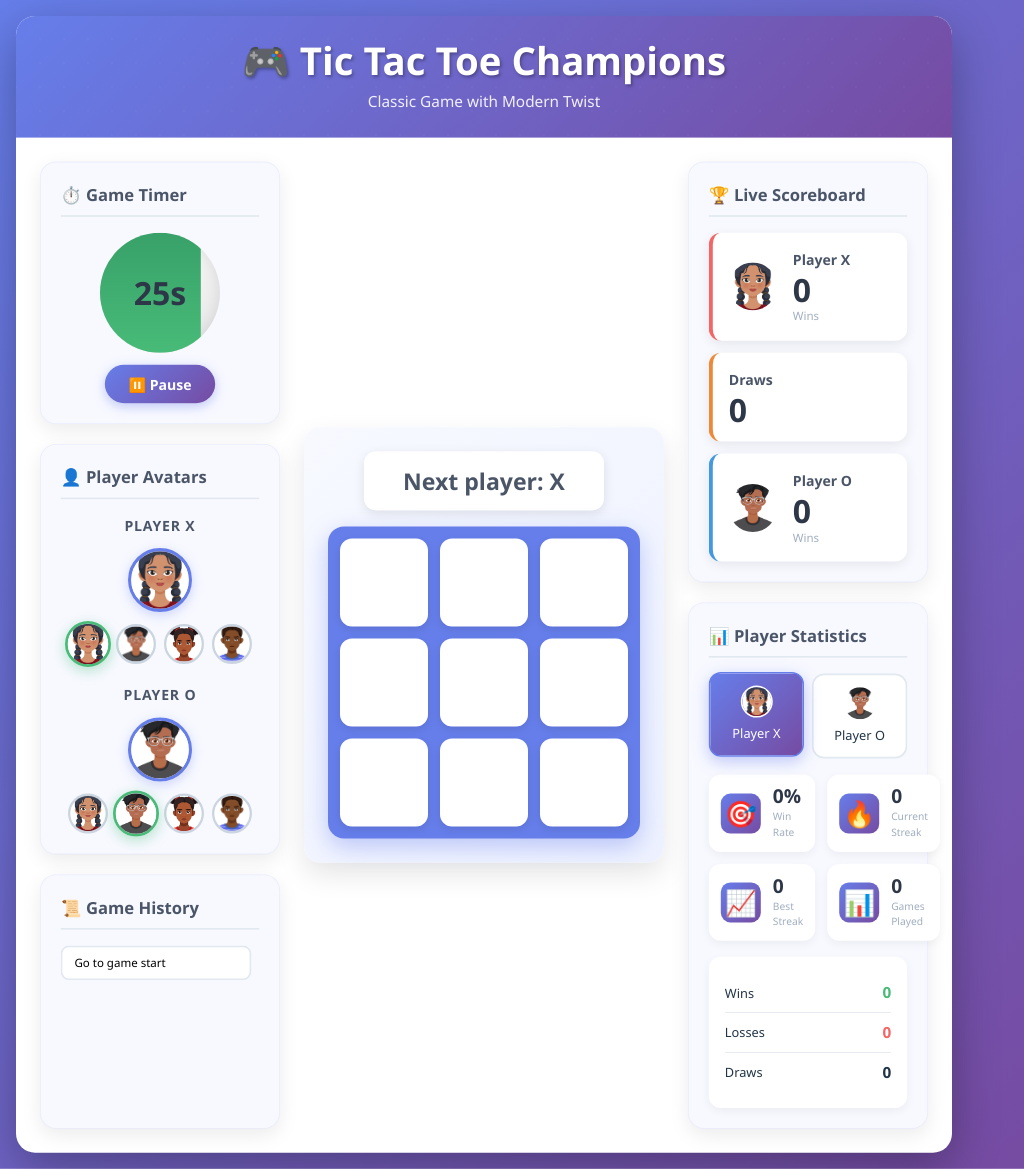
Repository: sofia123776/TIC-TAC-TOE
Page: /
These files come from the project's save history. The page is drawn as it stood at one moment and after the next save; the edit follows.
The browser window is 1280 px wide. The pictures show the whole page, at 80% of full size.
The project was rebuilt for these pictures with package versions that can differ from the ones it lists, and the page was loaded fresh each time. Also part of the build but not shown: vite.config.js.

Above is the page before, as saved 2025-12-01 16:10:40.

### src/index.css
:root {
  font-family: system-ui, Avenir, Helvetica, Arial, sans-serif;
  line-height: 1.5;
  font-weight: 400;

  color-scheme: light dark;
  color: rgba(255, 255, 255, 0.87);
  background-color: whitesmoke;

  font-synthesis: none;
  text-rendering: optimizeLegibility;
  -webkit-font-smoothing: antialiased;
  -moz-osx-font-smoothing: grayscale;
}

a {
  font-weight: 500;
  color: #646cff;
  text-decoration: inherit;
}
a:hover {
  color: #535bf2;
}

body {
  margin: 0;
  display: flex;
  place-items: center;
  min-width: 320px;
  min-height: 100vh;
}

h1 {
  font-size: 3.2em;
  line-height: 1.1;
}

button {
  border-radius: 1px;
  border:8px  solid transparent;
  padding: 0.6em 1.2em;
  font-size: 1em;
  font-weight: 500;
  font-family: inherit;
  background-color: #1a1a1a;
  cursor: pointer;
  transition: border-color 0.25s;
}
button:hover {
  border-color: #646cff;
}
button:focus,
button:focus-visible {
  outline: 4px auto -webkit-focus-ring-color;
}

@media (prefers-color-scheme: light) {
  :root {
    color: #213547;
    background-color: #ffffff;
  }
  a:hover {
    color: #747bff;
  }
  button {
    background-color: #f9f9f9;
  }
}

### src/App.jsx
import { useState, useEffect, useRef } from 'react'
import './App.css'

function Square({value, onSquareClick, highlight, avatars}){
  return(
   <button
      className={`square ${highlight ? "highlight" : ""}`}
      onClick={onSquareClick}
    >
      {value && (
        <img
          src={avatars[value]}
          alt={value}
          className="avatar-img"
        />
      )}
    </button>
  );
}

function Board({xIsNext, squares, onPlay, avatars}) {
  function Handleclick(i){
    if ( Calculatewinner(squares) || squares[i]) {
      return;
    }
    ClickSound.play();
    const nextSquares = squares.slice()
    if (xIsNext){
      nextSquares[i] = "X"
    }else{
      nextSquares[i] = "O"
    }
    onPlay(nextSquares);
  }

  const winner = Calculatewinner(squares);
  const winningLine = Calculatewinner(squares, true);
  const ClickSound = new Audio("/sounds/click.mp3.wav");
  const WinSound = new Audio("/sounds/win.mp3.wav");

  let status;
  if (winner) {
    status = "Winner: " + winner;
    WinSound.play();
  } else {
    status = "Next player: " + (xIsNext ? "X" : "O");
  }

  return (
    <div className="board-container">
      <div className={`status ${winner ? "winner" : ""}`}>{status}</div>
      <div className='board-grid'>
        <Square value={squares[0]} onSquareClick={() =>Handleclick(0)} highlight={winningLine?.includes(0)} avatars={avatars}/>
        <Square value={squares[1]} onSquareClick={() =>Handleclick(1)} highlight={winningLine?.includes(1)} avatars={avatars}/>
        <Square value={squares[2]} onSquareClick={() =>Handleclick(2)} highlight={winningLine?.includes(2)} avatars={avatars}/>
        <Square value={squares[3]} onSquareClick={() =>Handleclick(3)} highlight={winningLine?.includes(3)} avatars={avatars}/>
        <Square value={squares[4]} onSquareClick={() =>Handleclick(4)} highlight={winningLine?.includes(4)} avatars={avatars}/>
        <Square value={squares[5]} onSquareClick={() =>Handleclick(5)} highlight={winningLine?.includes(5)} avatars={avatars}/>
        <Square value={squares[6]} onSquareClick={() =>Handleclick(6)} highlight={winningLine?.includes(6)} avatars={avatars}/>
        <Square value={squares[7]} onSquareClick={() =>Handleclick(7)} highlight={winningLine?.includes(7)} avatars={avatars}/>
        <Square value={squares[8]} onSquareClick={() =>Handleclick(8)} highlight={winningLine?.includes(8)} avatars={avatars}/>
      </div>
    </div>
  );
}

export default function Game(){
  const [history, setHistory] = useState([Array(9).fill(null)]);
  const [currentMove, setCurrentMove] = useState(0);
  const xIsNext = currentMove % 2 === 0;
  const currentSquares = history[currentMove];

  const [score, setScore] = useState({
    X: 0,
    O: 0,
    Draws: 0
  });

  const [winnerPopup, setWinnerPopup] = useState(null);
  const [avatars, setAvatars] = useState({
    X: "/avatars/braidedwoman.jpg",
    O: "/avatars/manwithglasses.jpg"
  });

  // 🟦 PLAYER STATISTICS STATE
  const [playerStats, setPlayerStats] = useState({
    X: {
      wins: 0,
      losses: 0,
      draws: 0,
      totalGames: 0,
      winRate: 0,
      longestWinStreak: 0,
      currentStreak: 0,
      totalMoves: 0,
      averageTimePerMove: 0
    },
    O: {
      wins: 0,
      losses: 0,
      draws: 0,
      totalGames: 0,
      winRate: 0,
      longestWinStreak: 0,
      currentStreak: 0,
      totalMoves: 0,
      averageTimePerMove: 0
    }
  });

  // 🟦 TIMER STATE
  const [timeLeft, setTimeLeft] = useState(30);
  const [isTimerActive, setIsTimerActive] = useState(true);
  const timerRef = useRef(null);
  const [totalGameTime, setTotalGameTime] = useState(0);
  const [moveStartTime, setMoveStartTime] = useState(Date.now());

  // 🟦 TRACK MOVE TIMES
  useEffect(() => {
    if (!winnerPopup && currentSquares.includes(null)) {
      setMoveStartTime(Date.now());
    }
  }, [currentMove, winnerPopup, currentSquares]);

  // 🟦 UPDATE PLAYER STATISTICS WHEN GAME ENDS
  useEffect(() => {
    if (winnerPopup) {
      const winner = winnerPopup;
      const loser = winnerPopup === "X" ? "O" : "X";
      const moveTime = Date.now() - moveStartTime;

      setPlayerStats(prev => {
        const newXStats = { ...prev.X };
        const newOStats = { ...prev.O };

        if (winner === "X") {
          // X wins, O loses
          newXStats.wins += 1;
          newXStats.totalGames += 1;
          newXStats.currentStreak += 1;
          newXStats.longestWinStreak = Math.max(newXStats.longestWinStreak, newXStats.currentStreak);
          newXStats.totalMoves += currentMove + 1;
          newXStats.winRate = ((newXStats.wins / newXStats.totalGames) * 100).toFixed(1);

          newOStats.losses += 1;
          newOStats.totalGames += 1;
          newOStats.currentStreak = 0;
          newOStats.winRate = ((newOStats.wins / newOStats.totalGames) * 100).toFixed(1);
        } else {
          // O wins, X loses
          newOStats.wins += 1;
          newOStats.totalGames += 1;
          newOStats.currentStreak += 1;
          newOStats.longestWinStreak = Math.max(newOStats.longestWinStreak, newOStats.currentStreak);
          newOStats.totalMoves += currentMove + 1;
          newOStats.winRate = ((newOStats.wins / newOStats.totalGames) * 100).toFixed(1);

          newXStats.losses += 1;
          newXStats.totalGames += 1;
          newXStats.currentStreak = 0;
          newXStats.winRate = ((newXStats.wins / newXStats.totalGames) * 100).toFixed(1);
        }

        return {
          X: newXStats,
          O: newOStats
        };
      });
    } else if (winnerPopup === null && !currentSquares.includes(null)) {
      // Draw game
      const moveTime = Date.now() - moveStartTime;

      setPlayerStats(prev => {
        const newXStats = { ...prev.X };
        const newOStats = { ...prev.O };

        newXStats.draws += 1;
        newXStats.totalGames += 1;
        newXStats.currentStreak = 0;
        newXStats.totalMoves += currentMove + 1;
        newXStats.winRate = ((newXStats.wins / newXStats.totalGames) * 100).toFixed(1);

        newOStats.draws += 1;
        newOStats.totalGames += 1;
        newOStats.currentStreak = 0;
        newOStats.totalMoves += currentMove + 1;
        newOStats.winRate = ((newOStats.wins / newOStats.totalGames) * 100).toFixed(1);

        return {
          X: newXStats,
          O: newOStats
        };
      });
    }
  }, [winnerPopup, currentMove, moveStartTime, currentSquares]);

  // 🟦 TIMER EFFECT
  useEffect(() => {
    if (!isTimerActive || Calculatewinner(currentSquares) || !currentSquares.includes(null)) {
      return;
    }

    // Clear any existing timer
    if (timerRef.current) {
      clearInterval(timerRef.current);
    }

    // Set new timer
    timerRef.current = setInterval(() => {
      setTimeLeft(prevTime => {
        if (prevTime <= 1) {
          clearInterval(timerRef.current);

          // Auto-make a move when time runs out
          const emptySquares = currentSquares
            .map((square, index) => square === null ? index : null)
            .filter(val => val !== null);

          if (emptySquares.length > 0) {
            const randomIndex = Math.floor(Math.random() * emptySquares.length);
            const randomMove = emptySquares[randomIndex];

            const nextSquares = currentSquares.slice();
            nextSquares[randomMove] = xIsNext ? "X" : "O";

            // Use a small delay to avoid state issues
            setTimeout(() => {
              handlePlay(nextSquares);
            }, 100);
          }

          return 30; // Reset timer
        }
        return prevTime - 1;
      });
    }, 1000);

    // Cleanup function
    return () => {
      if (timerRef.current) {
        clearInterval(timerRef.current);
      }
    };
  }, [currentSquares, isTimerActive, xIsNext]);

  // 🟦 Reset timer when move changes
  useEffect(() => {
    setTimeLeft(30);
  }, [currentMove]);

  function handlePlay(nextSquares) {
    if (Calculatewinner(currentSquares)) {
      setIsTimerActive(false);
      return;
    }

    const nextHistory = [
      ...history.slice(0, currentMove + 1),
      nextSquares,
    ];

    setHistory(nextHistory);
    setCurrentMove(nextHistory.length - 1);

    const winner = Calculatewinner(nextSquares);
    if (winner) {
      setWinnerPopup(winner);
      setIsTimerActive(false);
      setScore(prev => ({
        ...prev,
        [winner]: prev[winner] + 1
      }));
    } else if (!nextSquares.includes(null)) {
      setScore(prev => ({
        ...prev,
        Draws: prev.Draws + 1
      }));
      setIsTimerActive(false);
    }
  }

  function jumpTo(nextMove) {
    setCurrentMove(nextMove);
    setTimeLeft(30);
    setIsTimerActive(true);
  }

  // 🟦 RESTART FUNCTION - Reset timer too
  const handleRestart = () => {
    setHistory([Array(9).fill(null)]);
    setCurrentMove(0);
    setWinnerPopup(null);
    setTimeLeft(30);
    setIsTimerActive(true);

    if (timerRef.current) {
      clearInterval(timerRef.current);
    }
  };

  // Time travel move list
  const moves = history.map((squares, move) => {
    let description = move > 0 ? "Go to move #" + move : "Go to game start";
    return (
      <li key={move}>
        <button onClick={() => jumpTo(move)}>{description}</button>
      </li>
    );
  });

  return (
    <div className="game-container">
      <header className="game-header">
        <h1 className="game-title">🎮 Tic Tac Toe Champions</h1>
        <div className="header-subtitle">Classic Game with Modern Twist</div>
      </header>

      <div className="game-content">
        {/* LEFT SIDEBAR - Game Controls & Info */}
        <div className="sidebar left-sidebar">
          {/* Timer Section */}
          <div className="control-section timer-section">
            <h3 className="section-title">⏱️ Game Timer</h3>
            <div className="timer-display">
              <div className={`timer-circle ${timeLeft <= 10 ? 'warning' : ''}`}>
                <span className="timer-value">{timeLeft}s</span>
                <div className="timer-progress" style={{ width: `${(timeLeft/30)*100}%` }}></div>
              </div>
              <button
                className="timer-btn"
                onClick={() => setIsTimerActive(!isTimerActive)}
              >
                {isTimerActive ? "⏸️ Pause" : "▶️ Resume"}
              </button>
            </div>
          </div>

          {/* Avatar Selection */}
          <div className="control-section avatar-section">
            <h3 className="section-title">👤 Player Avatars</h3>
            <div className="avatar-selection-grid">
              <AvatarSelector
                player="X"
                currentAvatar={avatars.X}
                onAvatarChange={(avatar) => setAvatars(prev => ({...prev, X: avatar}))}
              />
              <AvatarSelector
                player="O"
                currentAvatar={avatars.O}
                onAvatarChange={(avatar) => setAvatars(prev => ({...prev, O: avatar}))}
              />
            </div>
          </div>

          {/* Game History */}
          <div className="control-section history-section">
            <h3 className="section-title">📜 Game History</h3>
            <div className="history-list">
              <ol>{moves}</ol>
            </div>
          </div>
        </div>

        {/* MAIN GAME BOARD */}
        <div className="main-game-area">
          <div className="game-board-wrapper">
            <div className={`game-board ${Calculatewinner(currentSquares) ? "winner" : ""}`}>
              <Board
                xIsNext={xIsNext}
                squares={currentSquares}
                onPlay={handlePlay}
                avatars={avatars}
              />
            </div>
          </div>
        </div>

        {/* RIGHT SIDEBAR - Stats & Score */}
        <div className="sidebar right-sidebar">
          {/* Scoreboard */}
          <div className="control-section scoreboard-section">
            <h3 className="section-title">🏆 Live Scoreboard</h3>
            <div className="scoreboard-cards">
              <div className="score-card player-x-score">
                <div className="score-avatar">
                  <img src={avatars.X} alt="Player X" />
                </div>
                <div className="score-info">
                  <h4>Player X</h4>
                  <div className="score-value">{score.X}</div>
                  <div className="score-label">Wins</div>
                </div>
              </div>

              <div className="score-card draws-score">
                <div className="score-info">
                  <h4>Draws</h4>
                  <div className="score-value">{score.Draws}</div>
                </div>
              </div>

              <div className="score-card player-o-score">
                <div className="score-avatar">
                  <img src={avatars.O} alt="Player O" />
                </div>
                <div className="score-info">
                  <h4>Player O</h4>
                  <div className="score-value">{score.O}</div>
                  <div className="score-label">Wins</div>
                </div>
              </div>
            </div>
          </div>

          {/* Player Statistics */}
          <div className="control-section stats-section">
            <h3 className="section-title">📊 Player Statistics</h3>
            <div className="player-tabs">
              <div className="player-tab active" data-player="X">
                <img src={avatars.X} alt="Player X" className="tab-avatar" />
                <span>Player X</span>
              </div>
              <div className="player-tab" data-player="O">
                <img src={avatars.O} alt="Player O" className="tab-avatar" />
                <span>Player O</span>
              </div>
            </div>

            {/* X Player Stats */}
            <div className="player-stats active" id="stats-X">
              <div className="stats-grid">
                <div className="stat-box">
                  <div className="stat-icon">🎯</div>
                  <div className="stat-content">
                    <div className="stat-value">{playerStats.X.winRate}%</div>
                    <div className="stat-label">Win Rate</div>
                  </div>
                </div>
                <div className="stat-box">
                  <div className="stat-icon">🔥</div>
                  <div className="stat-content">
                    <div className="stat-value">{playerStats.X.currentStreak}</div>
                    <div className="stat-label">Current Streak</div>
                  </div>
                </div>
                <div className="stat-box">
                  <div className="stat-icon">📈</div>
                  <div className="stat-content">
                    <div className="stat-value">{playerStats.X.longestWinStreak}</div>
                    <div className="stat-label">Best Streak</div>
                  </div>
                </div>
                <div className="stat-box">
                  <div className="stat-icon">📊</div>
                  <div className="stat-content">
                    <div className="stat-value">{playerStats.X.totalGames}</div>
                    <div className="stat-label">Games Played</div>
                  </div>
                </div>
              </div>

              <div className="detailed-stats">
                <div className="detailed-stat">
                  <span>Wins</span>
                  <span className="stat-number win">{playerStats.X.wins}</span>
                </div>
                <div className="detailed-stat">
                  <span>Losses</span>
                  <span className="stat-number loss">{playerStats.X.losses}</span>
                </div>
                <div className="detailed-stat">
                  <span>Draws</span>
                  <span className="stat-number">{playerStats.X.draws}</span>
                </div>
              </div>
            </div>

            {/* O Player Stats (hidden by default) */}
            <div className="player-stats" id="stats-O">
              <div className="stats-grid">
                <div className="stat-box">
                  <div className="stat-icon">🎯</div>
                  <div className="stat-content">
                    <div className="stat-value">{playerStats.O.winRate}%</div>
                    <div className="stat-label">Win Rate</div>
                  </div>
                </div>
                <div className="stat-box">
                  <div className="stat-icon">🔥</div>
                  <div className="stat-content">
                    <div className="stat-value">{playerStats.O.currentStreak}</div>
                    <div className="stat-label">Current Streak</div>
                  </div>
                </div>
                <div className="stat-box">
                  <div className="stat-icon">📈</div>
                  <div className="stat-content">
                    <div className="stat-value">{playerStats.O.longestWinStreak}</div>
                    <div className="stat-label">Best Streak</div>
                  </div>
                </div>
                <div className="stat-box">
                  <div className="stat-icon">📊</div>
                  <div className="stat-content">
                    <div className="stat-value">{playerStats.O.totalGames}</div>
                    <div className="stat-label">Games Played</div>
                  </div>
                </div>
              </div>

              <div className="detailed-stats">
                <div className="detailed-stat">
                  <span>Wins</span>
                  <span className="stat-number win">{playerStats.O.wins}</span>
                </div>
                <div className="detailed-stat">
                  <span>Losses</span>
                  <span className="stat-number loss">{playerStats.O.losses}</span>
                </div>
                <div className="detailed-stat">
                  <span>Draws</span>
                  <span className="stat-number">{playerStats.O.draws}</span>
                </div>
              </div>
            </div>
          </div>
        </div>
      </div>

      {/* Game Over Popup */}
      <GameOverPopup
        winner={winnerPopup}
        onRestart={handleRestart}
      />
    </div>
  );
}

function GameOverPopup({ winner, onRestart }) {
  if (!winner) return null;

  return (
    <div className="game-over-overlay">
      <div className="game-over-box">
        <div className="celebration">🎉</div>
        <h2>{winner === "Draw" ? "It's a Draw!" : `${winner} Wins!`}</h2>
        <p className="popup-message">Great game! Ready for another round?</p>
        <button className="restart-btn" onClick={onRestart}>🎮 Play Again</button>
      </div>
    </div>
  );
}

function Calculatewinner(squares, returnLine = false){
  const lines = [
    [0, 1, 2],
    [3, 4, 5],
    [6, 7, 8],
    [0, 3, 6],
    [1, 4, 7],
    [2, 5, 8],
    [0, 4, 8],
    [2, 4, 6],
  ];

  for (let line of lines) {
    const [a,b,c] = line;
    if (squares[a] && squares[a] === squares[b] && squares[a] === squares[c]) {
      return returnLine ? line : squares[a];
    }
  }
  return returnLine ? null : null;
}

function AvatarSelector({ player, currentAvatar, onAvatarChange }) {
  const presetAvatars = [
    "/avatars/braidedwoman.jpg",
    "/avatars/manwithglasses.jpg",
    "/avatars/child.jpg",
    "/avatars/youngdark.jpg"
  ];

  return (
    <div className="avatar-selector-compact">
      <div className="player-label">Player {player}</div>
      <div className="current-avatar">
        <img src={currentAvatar} alt={`Current ${player}`} />
      </div>
      <div className="avatar-options-compact">
        {presetAvatars.map((avatar, index) => (
          <div
            key={index}
            className={`avatar-option-compact ${currentAvatar === avatar ? 'selected' : ''}`}
            onClick={() => onAvatarChange(avatar)}
          >
            <img src={avatar} alt={`Avatar ${index + 1}`} />
          </div>
        ))}
      </div>
    </div>
  );
}

Loaded but not shown: index.html (common file); src/main.jsx (common file); src/App.css (718 lines, source omitted)

After the next save:
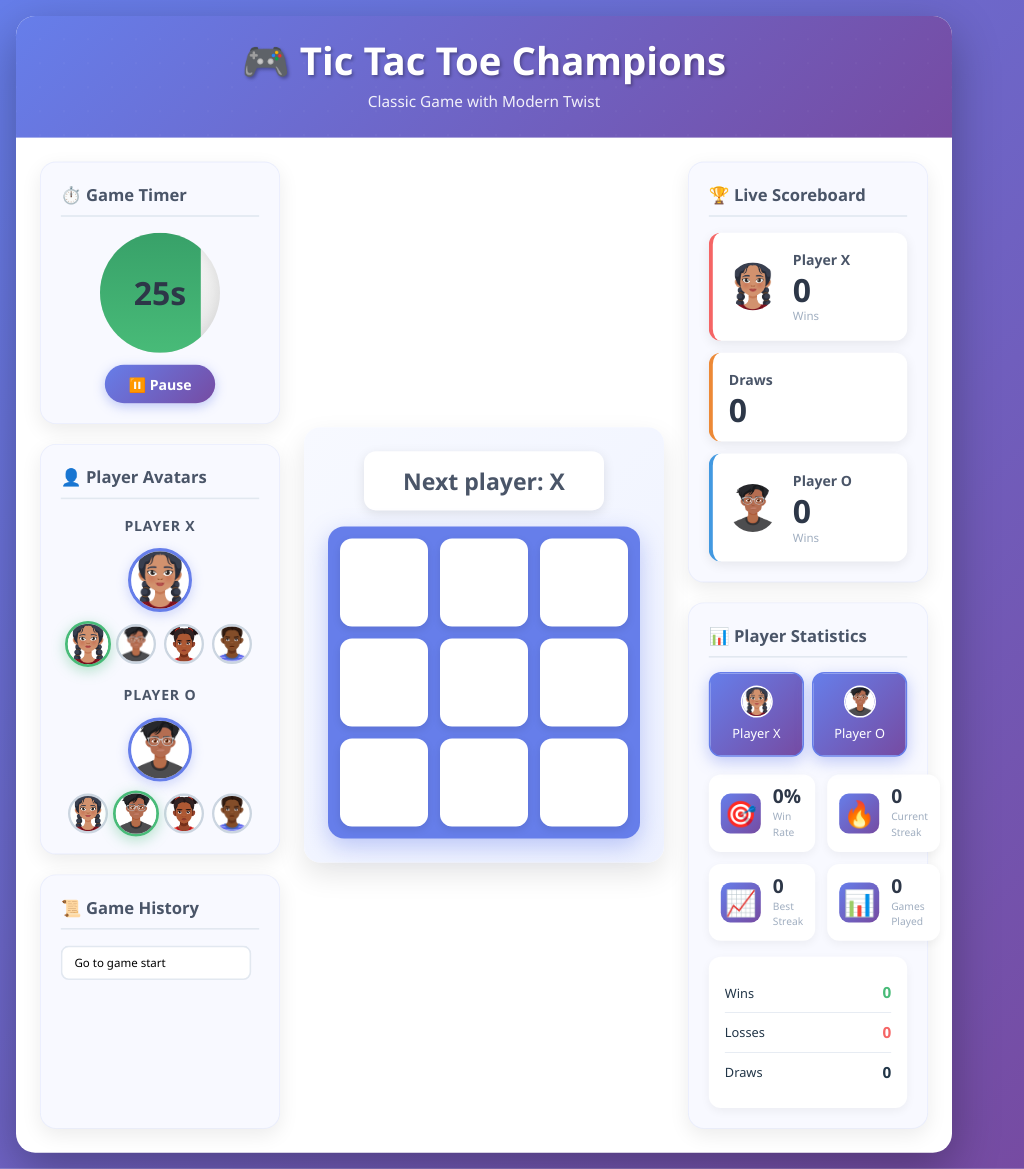
Saved 16 min 26 s later.
--- a/src/App.jsx
+++ b/src/App.jsx
@@ -81,6 +81,8 @@ export default function Game(){
     X: "/avatars/braidedwoman.jpg",
     O: "/avatars/manwithglasses.jpg"
   });
+// ACTIVE TAB SELECTION
+  const [activeStatsTab, setActiveStatsTab] = useState("X");
 
   // 🟦 PLAYER STATISTICS STATE
   const [playerStats, setPlayerStats] = useState({
@@ -420,7 +422,7 @@ export default function Game(){
                 <img src={avatars.X} alt="Player X" className="tab-avatar" />
                 <span>Player X</span>
               </div>
-              <div className="player-tab" data-player="O">
+              <div className="player-tab active" data-player="O">
                 <img src={avatars.O} alt="Player O" className="tab-avatar" />
                 <span>Player O</span>
               </div>
